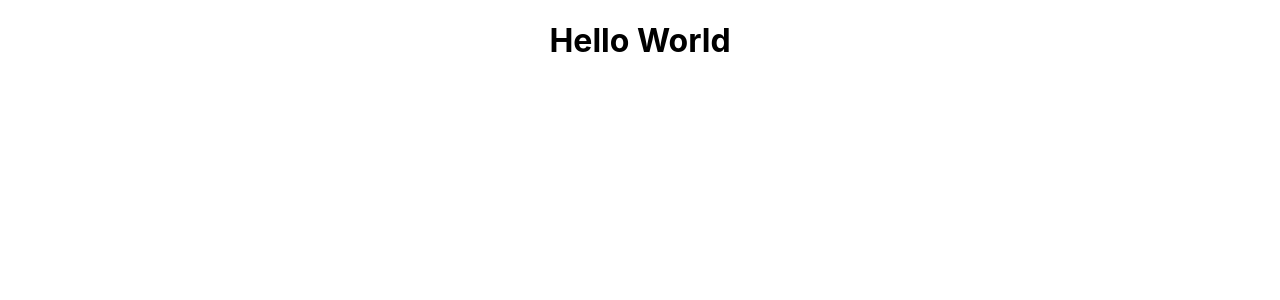
Repository: DeepikaSuretek/React
Page: / (app in practice-app/)
These files come from the project's save history. The page is drawn as it stood at one moment and after the next save; the edit follows.
The browser window is 1280 px wide. The pictures show the whole page.
The project was rebuilt for these pictures with package versions that can differ from the ones it lists, and the page was loaded fresh each time.

Above is the page before, as saved 2024-07-08 17:42:12.

### practice-app/src/App.js
import './App.css';
import User from './class-component/class';

function App() {
  return (
    <div className="App">
     <h1>Hello World</h1>
     <User name='Anil'/>
    </div>
  );
}

export default App;

### practice-app/src/App.css
.App {
  text-align: center;
}

.App-logo {
  height: 40vmin;
  pointer-events: none;
}

@media (prefers-reduced-motion: no-preference) {
  .App-logo {
    animation: App-logo-spin infinite 20s linear;
  }
}

.App-header {
  background-color: #282c34;
  min-height: 100vh;
  display: flex;
  flex-direction: column;
  align-items: center;
  justify-content: center;
  font-size: calc(10px + 2vmin);
  color: white;
}

.App-link {
  color: #61dafb;
}

@keyframes App-logo-spin {
  from {
    transform: rotate(0deg);
  }
  to {
    transform: rotate(360deg);
  }
}

.loader{
  height: 100px;
  width: 100px;
  border: 8px solid;
  border-color: black black black red;
  border-radius: 50%;
  animation: App-logo-spin 2s linear infinite;
}

### practice-app/src/class-component/class.js
import { Component } from "react"

class User extends Component{
    render(){
        return(
           <div>{console.log('Hello')}</div>
        )
    }
}

export default User;

Loaded but not shown: practice-app/public/index.html (common file); practice-app/src/index.js (common file); practice-app/src/index.css (common file); practice-app/src/reportWebVitals.js (common file)

After the next save:
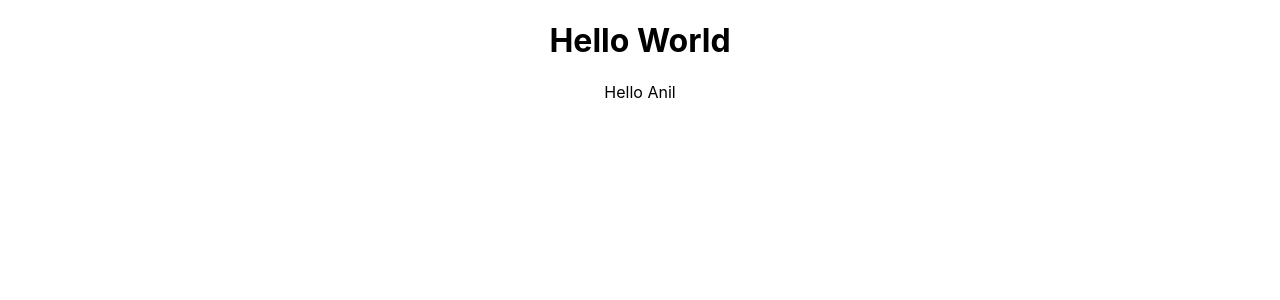
Saved 27 s later.
--- a/practice-app/src/class-component/class.js
+++ b/practice-app/src/class-component/class.js
@@ -3,7 +3,7 @@ import { Component } from "react"
 class User extends Component{
     render(){
         return(
-           <div>{console.log('Hello')}</div>
+           <div>Hello {this.props.name}</div>
         )
     }
 }
